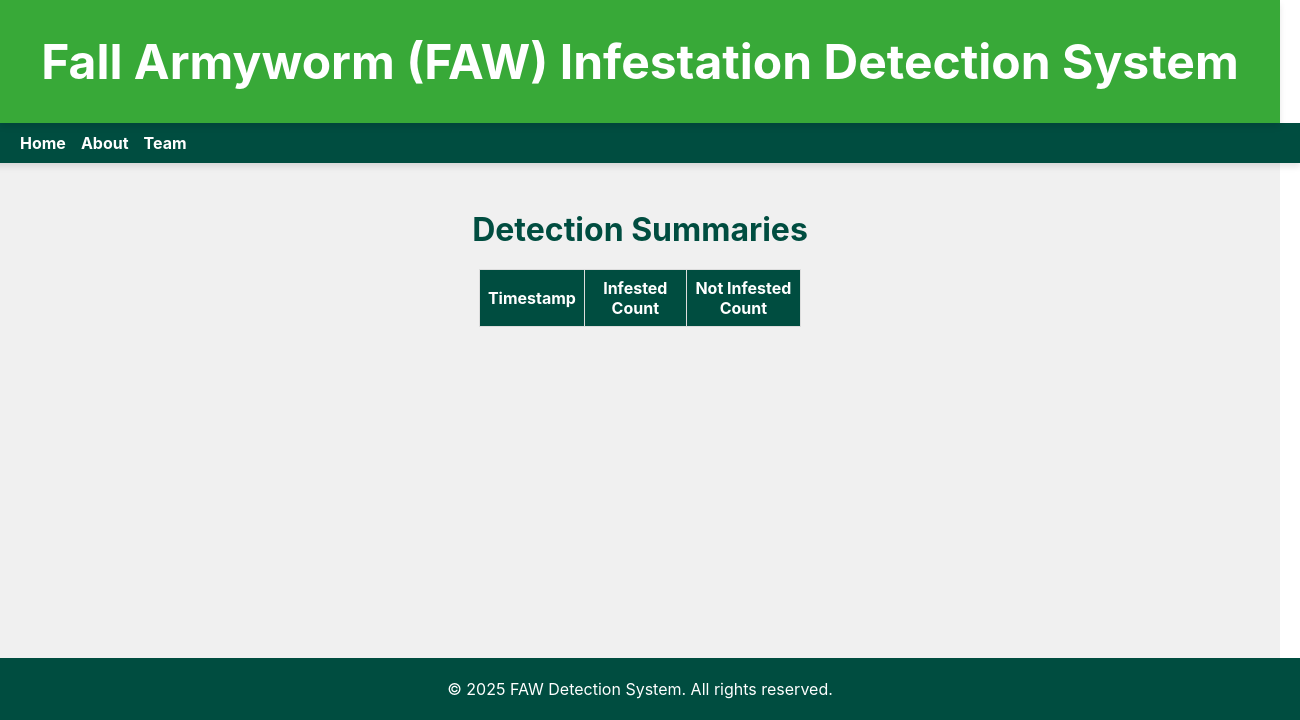
Repository: jansen223/faw-detection-main
Page: /summary
An editor plug-in stored every save of this project. The page is shown before and after the next save, followed by the edit.
The browser window is 1280 px wide. The page is 1300 px wide, so the pictures cover 1300 px, including what lies to the right of the window. The pictures show the whole page.
The page's requests for data from a server got no answer. The project was rebuilt for these pictures with package versions that can differ from the ones it lists, and the page was loaded fresh each time. No one was signed in, and anything a server would have sent is missing. Also part of the build but not shown: src/pages/Home.css, src/pages/Home.js, src/pages/About.css, src/pages/About.js, src/pages/Team.css, src/pages/Team.js, src/pages/Percentages.js.

Above is the page before, as saved 2025-04-10 16:15:51.

After the next save:
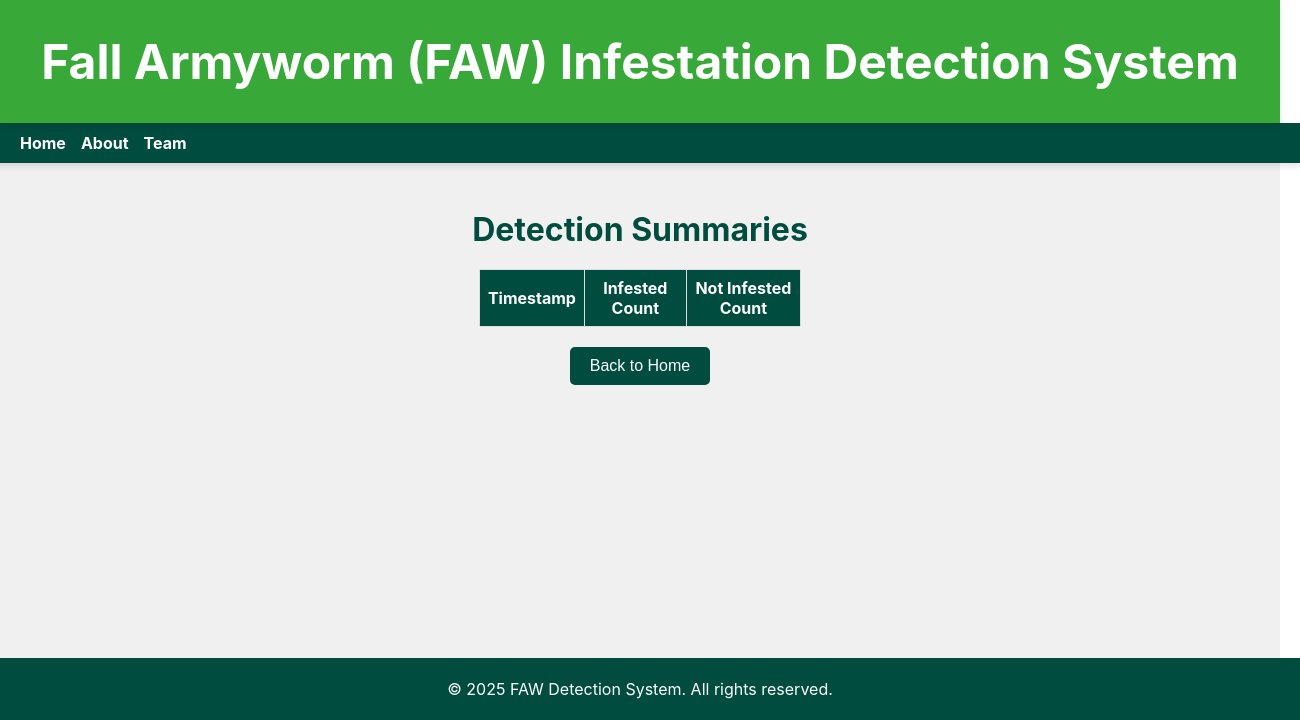
Saved 58 s later.
--- a/src/pages/Summary.js
+++ b/src/pages/Summary.js
@@ -35,6 +35,9 @@ function Summary() {
           ))}
         </tbody>
       </table>
+      <button onClick={() => navigate('/')} className="back-button">
+        Back to Home
+      </button>
     </div>
   );
 }
